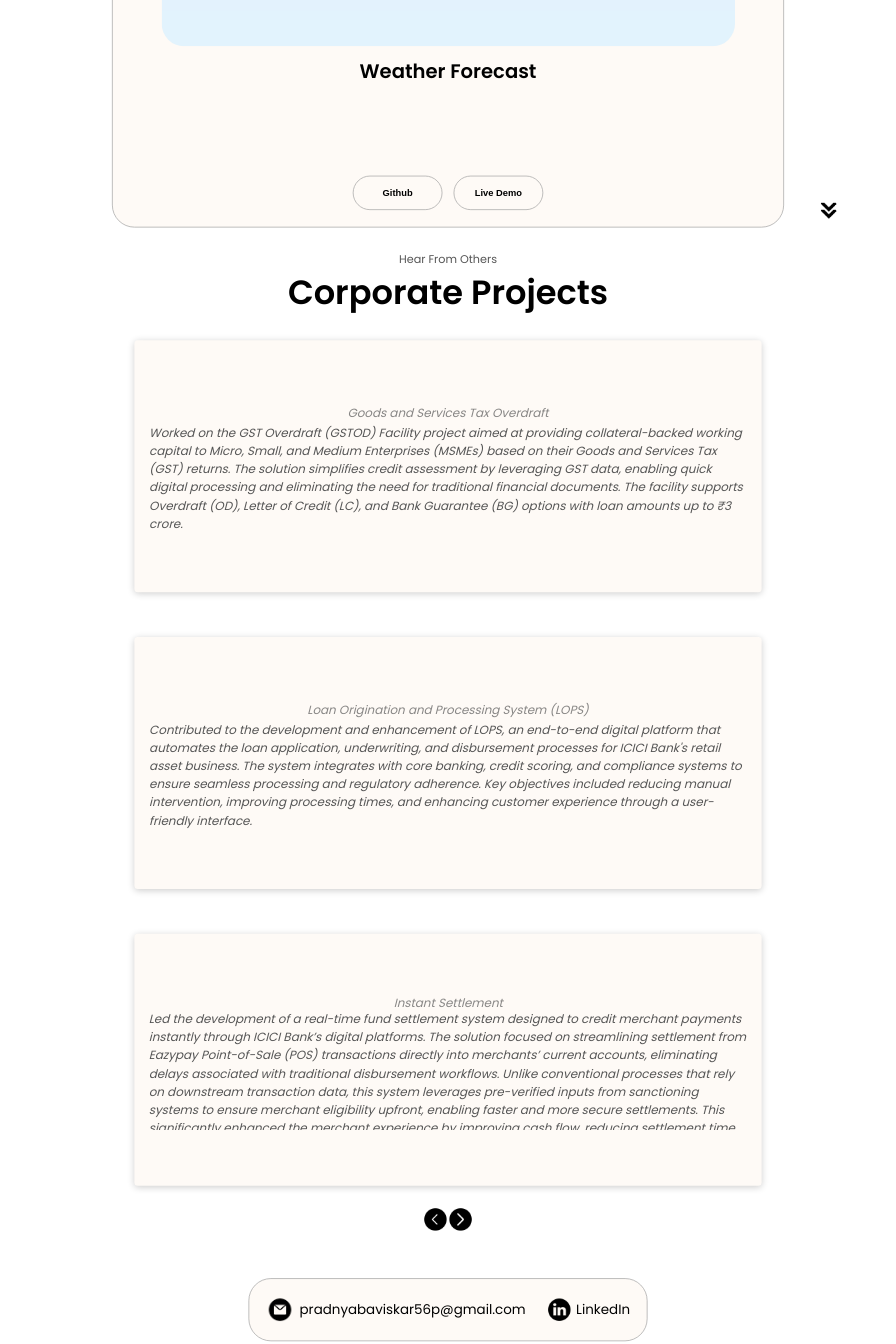
Repository: Pradnya-07/Portfolio-Pradnya
Page: index.html
An editor plug-in stored every save of this project. The page is shown before and after the next save, followed by the edit.
The browser window is 1280 px wide. The pictures show the part of the page from y = 4580 to 6500 px (the page is 6715 px tall before and 6027 px after), at 70% of full size.
A picture or video elsewhere on the page could not be fetched, so the positions and the page height are approximate.

Above is the page before, as saved 2025-05-04 12:30:35.

After the next save:
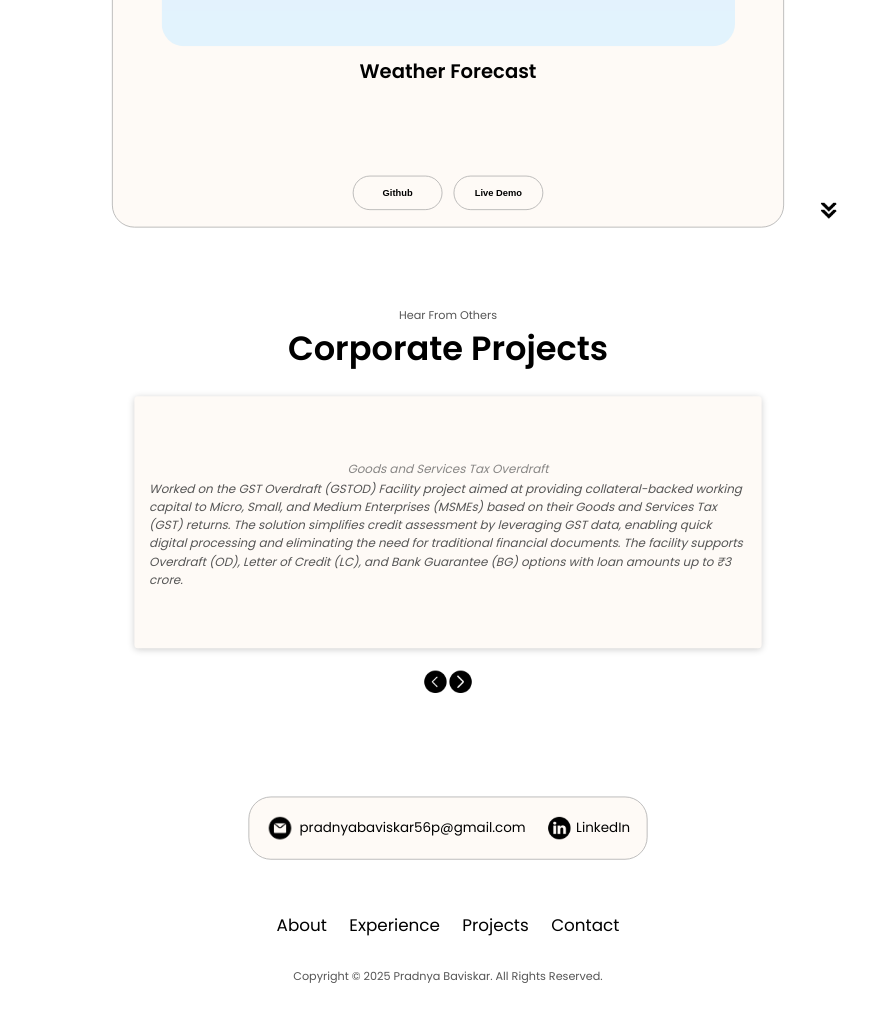
Saved 3 s later.
--- a/script.js
+++ b/script.js
@@ -37,3 +37,39 @@
 
   testimonials[counter - 1].style.display = "flex"
 }
+
+
+
+
+let count = 1;
+showcorporate(count);
+
+document.querySelector(".corpprev").addEventListener("click", () => {
+  computecorporate(-1)
+})
+
+document.querySelector(".corpnext").addEventListener("click", () => {
+  computecorporate(1)
+})
+
+function computecorporate(t) {
+  showcorporate((count += t))
+}
+
+function showcorporate(n) {
+  let i;
+  let corporate = document.getElementsByClassName("corporate");
+
+  if (n > corporate.length) {
+    count = 1;
+  }
+  if (n < 1) {
+    count = corporate.length;
+  }
+
+  for( i = 0; i < corporate.length; i++){
+    corporate[i].style.display = "none"
+  }
+
+  corporate[count - 1].style.display = "flex"
+}
